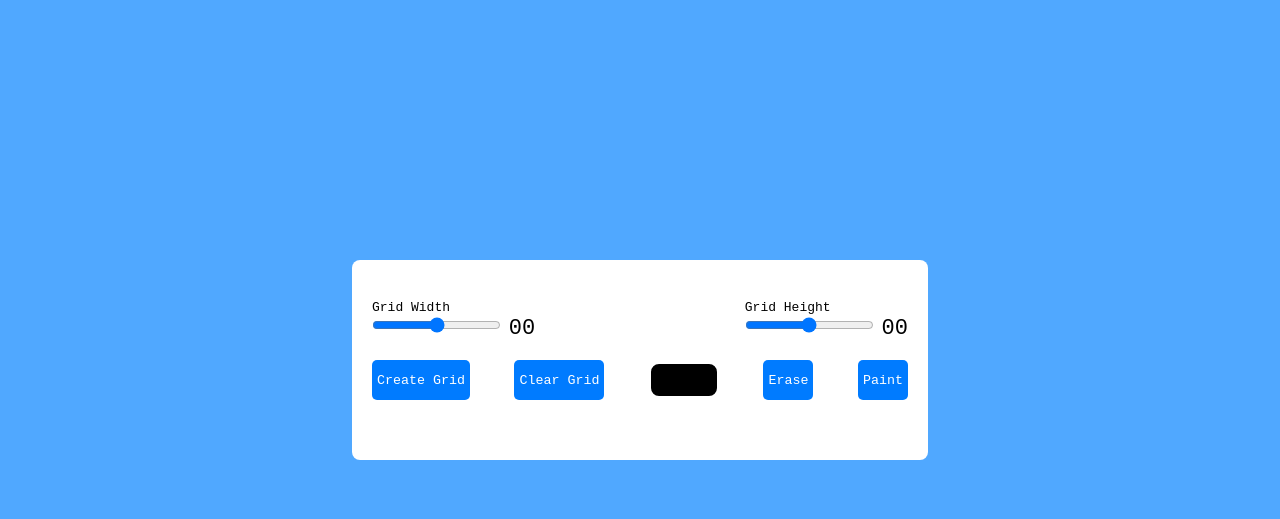
Repository: radisyah/Pixel_Art_Generator
Page: index.html
These files come from the project's save history. The page is drawn as it stood at one moment and after the next save; the edit follows.
The browser window is 1280 px wide. The pictures show the whole page.

Above is the page before, as saved 2024-11-20 12:44:06.

### index.html
<!DOCTYPE html>
<html lang="en">
<head>
    <meta charset="UTF-8">
    <meta name="viewport" content="width=device-width, initial-scale=1.0">
    <link rel="stylesheet" href="style.css">
    <title>#1 - Pixel Art Generator | AsmrProg</title>
</head>
<body>

    <div class="wrapper">

        <div class="options">
            <div class="option-wrapper">
                <div class="slider">
                    <label for="width-range">Grid Width</label>
                    <input type="range" id="width-range" min="1" max="35">
                    <span id="width-value">00</span>
                </div>
                <div class="slider">
                    <label for="height-range">Grid Height</label>
                    <input type="range" id="height-range" min="1" max="35">
                    <span id="height-range">00</span>
                </div>
            </div>

            <div class="option-wrapper">
                <button id="submit-grid">Create Grid</button>
                <button id="clear-grid">Clear Grid</button>
                <input type="color" id="color-input">
                <button id="erase-btn">Erase</button>
                <button id="paint-btn">Paint</button>
            </div>

        </div>

        <div class="container"></div>

    </div>

    <script src="index.js"></script>

</body>
</html>

### style.css
*{
    padding: 0;
    margin: 0;
    box-sizing: border-box;
    font-family: monospace;
}

body{
    background-color: #50a8ff;
}

.wrapper{
    background-color: white;
    width: 80vmin;
    position: absolute;
    transform: translate(-50%, -50%);
    top: 50%;
    left: 50%;
    padding: 40px 20px;
    border-radius: 8px;
}

label{
    display: block;
}

span{
    position: relative;
    font-size: 22px;
    bottom: -1px;
}

.option-wrapper{
    display: flex;
    justify-content: space-between;
    margin-bottom: 20px;
    gap: 10px;
}

button{
    background-color: #007bff;
    border: 0;
    border-radius: 5px;
    padding: 5px;
    color: white;
}

input[type="color"]{
    -webkit-appearance: none;
    -moz-appearance: none;
    appearance: none;
    background-color: transparent;
    width: 70px;
    height: 40px;
    border: none;
    cursor: pointer;
}

input[type="color"]::-webkit-color-swatch{
    border-radius: 8px;
    border: 4px solid black;
}

.gridCol{
    height: 1em;
    width: 1em;
    border: 1px solid #ddd;
}

.gridRow{
    display: flex;
}

@media only screen and (max-width: 768px){
    .gridCol{
        height: 0.8em;
        width: 0.8em;
    }
}

Loaded but not shown: index.js (no stored copy; drawn as an empty file)

After the next save:
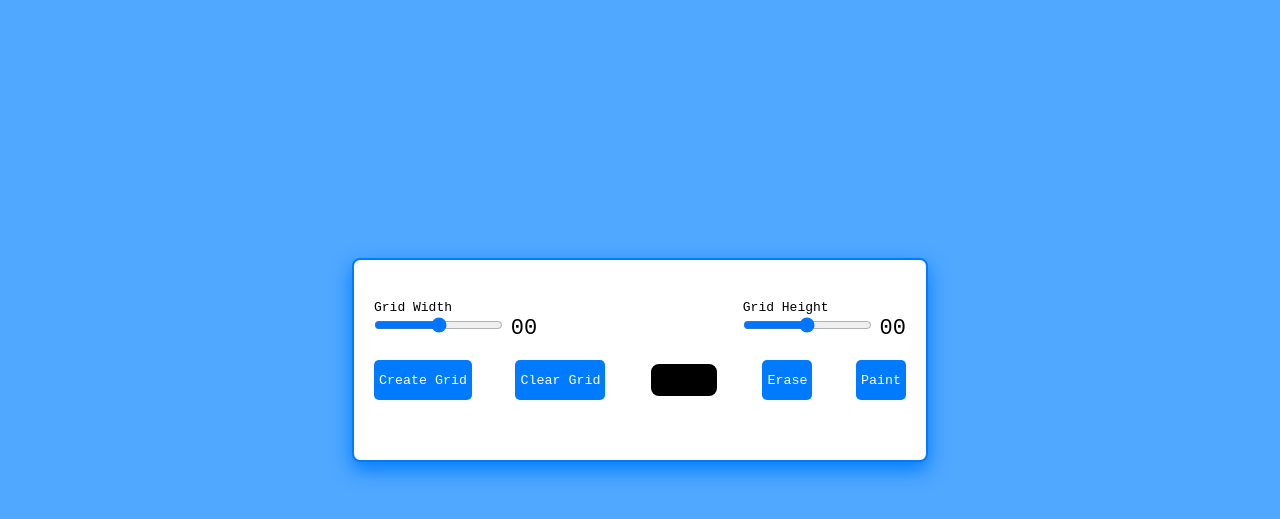
Saved 37 s later.
--- a/style.css
+++ b/style.css
@@ -18,6 +18,9 @@ body{
     left: 50%;
     padding: 40px 20px;
     border-radius: 8px;
+    box-shadow: 0 8px 20px  #007bff;
+    transition: transform 0.3s ease-in-out;
+    border: 2px solid #007bff;
 }
 
 label{
